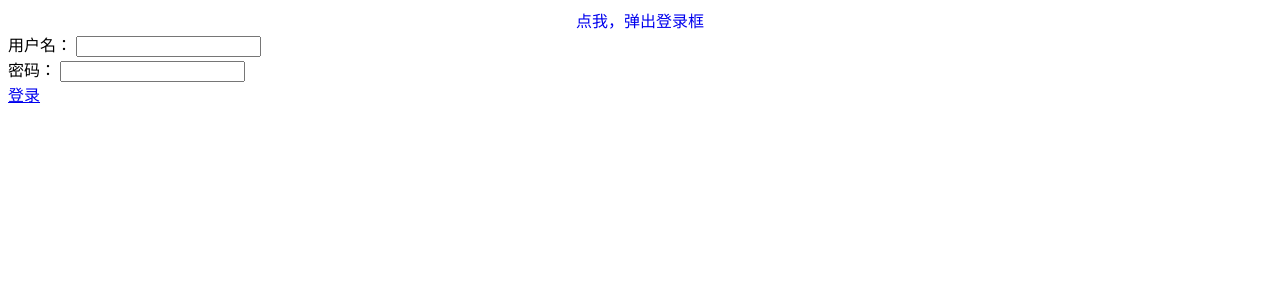
Repository: szl156/class
Page: review/javascript/test/test.html
These files come from the project's save history. The page is drawn as it stood at one moment and after the next save; the edit follows.
The browser window is 1280 px wide. The pictures show the whole page.

Above is the page before, as saved 2022-07-25 16:22:30.

After the next save:
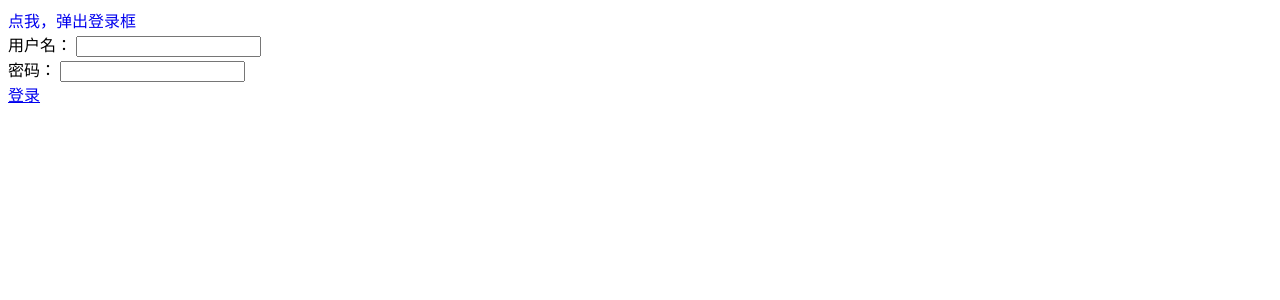
Saved 11 s later.
--- a/review/javascript/test/test.html
+++ b/review/javascript/test/test.html
@@ -7,10 +7,6 @@
     <meta name="viewport" content="width=device-width, initial-scale=1.0">
     <title>拟态框实现</title>
     <style>
-        .login-header {
-            text-align: center;
-        }
-
         #link {
             text-decoration: none;
         }

After the 3 saves that followed:
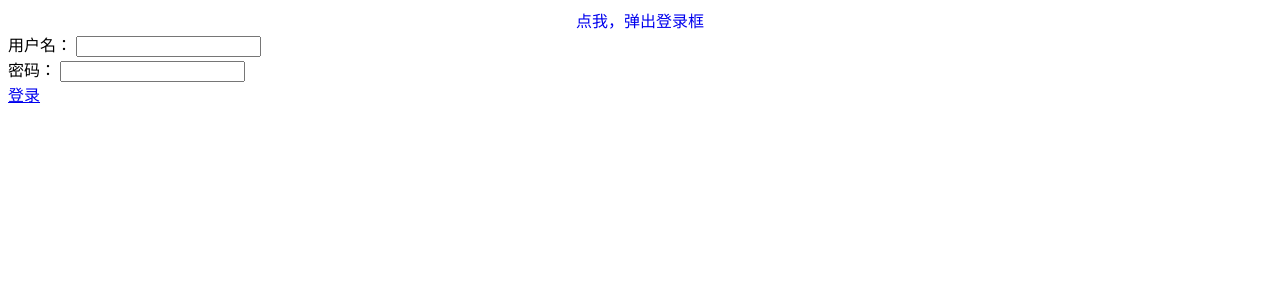
The 3 saves are shown as one change because 2 left the picture as it was.
The last was saved 26 s later.
--- a/review/javascript/test/test.html
+++ b/review/javascript/test/test.html
@@ -7,6 +7,10 @@
     <meta name="viewport" content="width=device-width, initial-scale=1.0">
     <title>拟态框实现</title>
     <style>
+        .login-header {
+            text-align: center;
+        }
+
         #link {
             text-decoration: none;
         }
